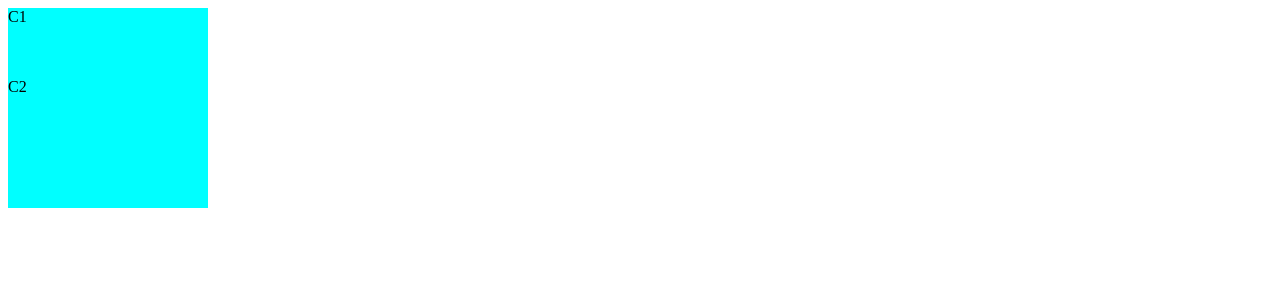
Repository: nepali2385/FUll-stack-practice
Page: Day5/Day5/position.html
The author's editor kept a copy of each file at every save. The page is drawn from the files as they stood at one save, then again after the next save.
The browser window is 1280 px wide. The pictures show the whole page.

Above is the page before, as saved 2024-08-27 15:51:48.

After the next save:
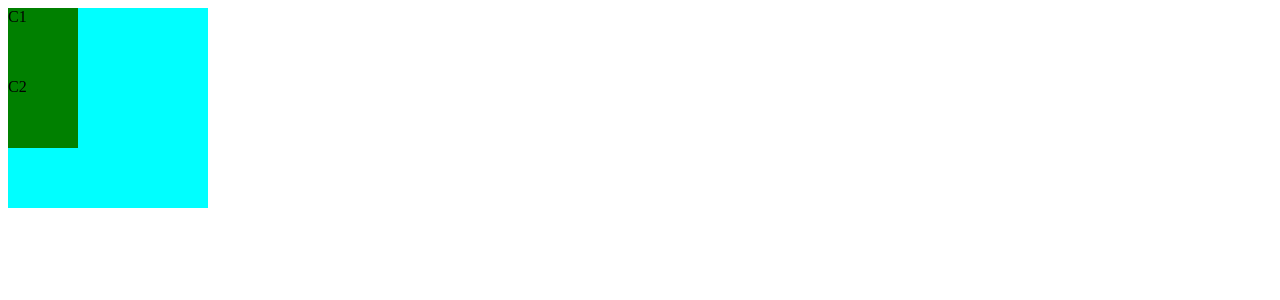
Saved 16 s later.
--- a/Day5/Day5/position.css
+++ b/Day5/Day5/position.css
@@ -7,5 +7,6 @@
 .c1,.c2{
     height:70px;
     width:70px;
-    background-color: ;
+    background-color: green;
+
 }
